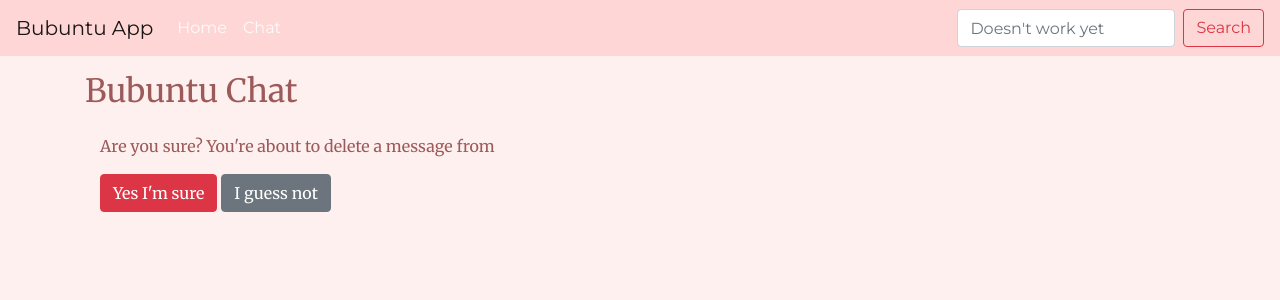
Repository: TanglingTreats/bubuntu-app
Page: templates/confirm-delete-message.html
The author's editor kept a record of every edit. The page is drawn from the files as they stood at one moment, then again after the next edit.
The browser window is 1280 px wide. The pictures show the whole page.
The template is drawn by Flask 3. The application's start-up code is not run. Other server files are loaded and not shown. The template is opened directly, without the code that normally fills it, so the values that code supplies are empty.

Above is the page before.

### templates/confirm-delete-message.html
{%extends 'layout.html'%}
{%block title%}Delete message?{%endblock%}
{%block heading%}Bubuntu Chat{%endblock%}
{%block content%}
<div class="container">
    <p>Are you sure? You're about to delete a message from {{username}}</p>
    <form class="form" method="POST">
        <input class="btn btn-danger" type="submit" value="Yes I'm sure"/>
        <a href="{{ url_for('message') }}" class="btn btn-secondary">I guess not</a>
    </form>
</div>
{%endblock%}

### templates/layout.html
<!doctype html>
<html lang="en">
  <head>
    <!-- Required meta tags -->
    <meta charset="utf-8">
    <meta name="viewport" content="width=device-width, initial-scale=1, shrink-to-fit=no">

    <!-- Bootstrap CSS -->
    <link rel="stylesheet" href="https://stackpath.bootstrapcdn.com/bootstrap/4.3.1/css/bootstrap.min.css" integrity="sha384-ggOyR0iXCbMQv3Xipma34MD+dH/1fQ784/j6cY/iJTQUOhcWr7x9JvoRxT2MZw1T" crossorigin="anonymous">
    <link rel="stylesheet" href="static/css/style.css" type="text/css" />

    <!--Favicon-->
    <link rel="shortcut icon" href="static/img/favicon/favicon.ico" type="image/x-icon">
    <link rel="icon" href="static/img/favicon/favicon.ico" type="image/x-icon">


    <title>{%block title%}{%endblock%}</title>
  </head>
  <body>
    <nav id="mainNavbar" class="navbar navbar-expand-md navbar-light">
      <a class="navbar-brand" href="/">Bubuntu App</a>
      <button class="navbar-toggler" type="button" data-toggle="collapse" data-target="#navbarSupportedContent" aria-controls="navbarSupportedContent" aria-expanded="false" aria-label="Toggle navigation">
        <span class="navbar-toggler-icon"></span>
      </button>

      <div class="collapse navbar-collapse" id="navbarSupportedContent">
        <ul class="navbar-nav mr-auto">
          <li class="nav-item">
            <a class="nav-link" href="/">Home</a>
          </li>
          <li class="nav-item">
            <a class="nav-link" href="/messages">Chat</a>
          </li>
        </ul>
        <form class="form-inline my-2 my-lg-0">
          <input class="form-control mr-sm-2" type="search" placeholder="Doesn't work yet" aria-label="Search">
          <button class="btn btn-outline-danger my-2 my-sm-0" type="submit">Search</button>
        </form>
      </div>
    </nav>

    <div class="container">
        <h2 id="header" class="mt-3 mb-4">{%block heading%}{%endblock%}</h2>
        {%block content%}{%endblock%}
    </div>



    <!-- Optional JavaScript -->
    <!-- jQuery first, then Popper.js, then Bootstrap JS -->
    <script src="https://code.jquery.com/jquery-3.3.1.slim.min.js" integrity="sha384-q8i/X+965DzO0rT7abK41JStQIAqVgRVzpbzo5smXKp4YfRvH+8abtTE1Pi6jizo" crossorigin="anonymous"></script>
    <script src="https://cdnjs.cloudflare.com/ajax/libs/popper.js/1.14.7/umd/popper.min.js" integrity="sha384-UO2eT0CpHqdSJQ6hJty5KVphtPhzWj9WO1clHTMGa3JDZwrnQq4sF86dIHNDz0W1" crossorigin="anonymous"></script>
    <script src="https://stackpath.bootstrapcdn.com/bootstrap/4.3.1/js/bootstrap.min.js" integrity="sha384-JjSmVgyd0p3pXB1rRibZUAYoIIy6OrQ6VrjIEaFf/nJGzIxFDsf4x0xIM+B07jRM" crossorigin="anonymous"></script>
    <script src="https://code.jquery.com/jquery-3.4.1.min.js"
      integrity="sha256-CSXorXvZcTkaix6Yvo6HppcZGetbYMGWSFlBw8HfCJo="
      crossorigin="anonymous"></script>
    <script src="static/js/script.js"></script>
  </body>
</html>

### static/css/style.css
@import url('https://fonts.googleapis.com/css?family=Merriweather|Montserrat:400,500&display=swap');

body {
    font-family: "Merriweather";
    color: #9c5a5a;
    background: #fff0f0;
}

#mainNavbar{
    font-family: "Montserrat";
    background: #ffd6d6;
}

#mainNavbar .nav-link {
    color: #fffafa;
}

#mainNavbar .nav-link:hover {
    color: #570d0e;
}

#mainNavbar .active>.nav-link {
    color: #9c2426;
}

button {
    font-family: "Montserrat";
}

### static/js/script.js
var links = document.getElementsByClassName("nav-link");
var path = window.location.pathname;

console.log(path);

for(let i = 0; i < links.length; i++) {
    console.log("In for loop");
    console.log(links[i].getAttribute("href"));
    if(links[i].getAttribute("href") === path ) {
        console.log("In If")
        links[i].parentElement.classList.add("active");
    }
}

After the next edit:
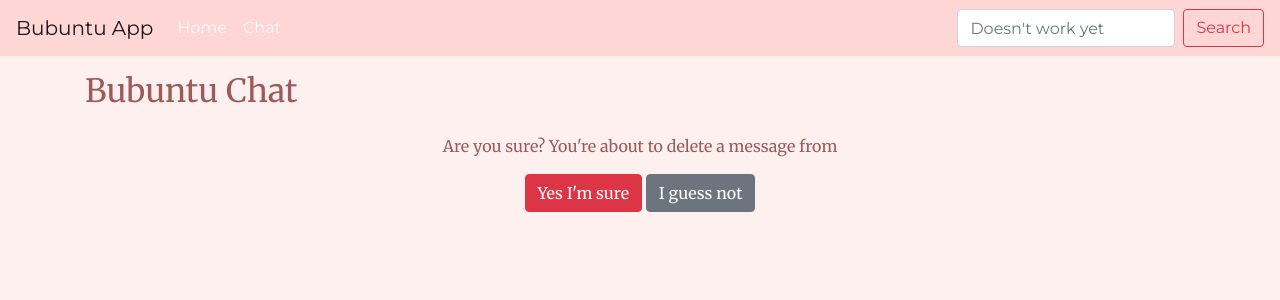
The edit:
--- a/templates/confirm-delete-message.html
+++ b/templates/confirm-delete-message.html
@@ -2,7 +2,7 @@
 {%block title%}Delete message?{%endblock%}
 {%block heading%}Bubuntu Chat{%endblock%}
 {%block content%}
-<div class="container">
+<div class="text-center">
     <p>Are you sure? You're about to delete a message from {{username}}</p>
     <form class="form" method="POST">
         <input class="btn btn-danger" type="submit" value="Yes I'm sure"/>
